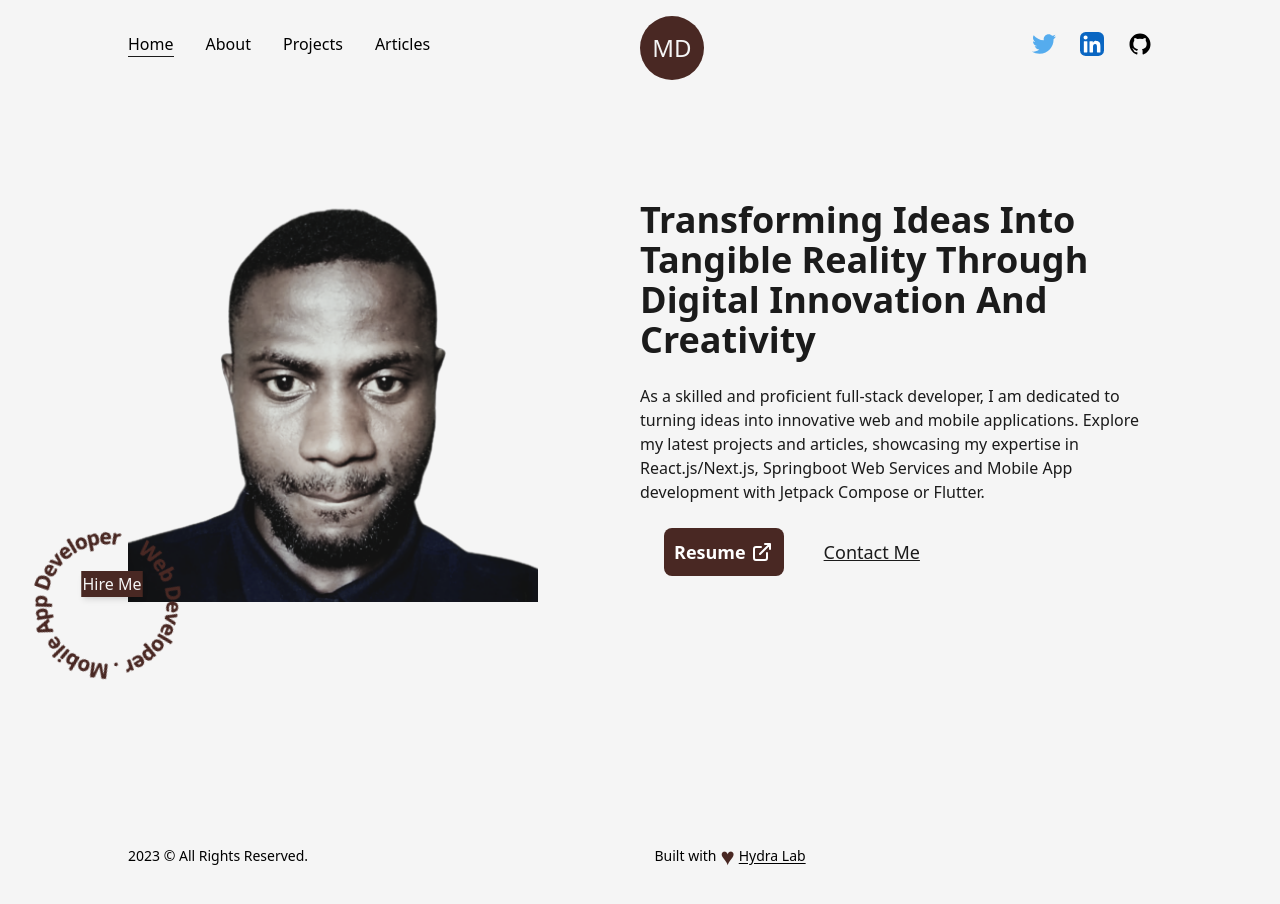
Repository: marcusdashe/situs
Page: /
The author's editor kept a copy of each file at every save. The page is drawn from the files as they stood at one save, then again after the next save.
The browser window is 1280 px wide. The pictures show the whole page.
The project was rebuilt for these pictures with package versions that can differ from the ones it lists, and the page was loaded fresh each time. The framework's server and built-in components were replaced by stand-ins that run in the browser.

Above is the page before, as saved 2023-06-16 18:24:28.

After the next save:
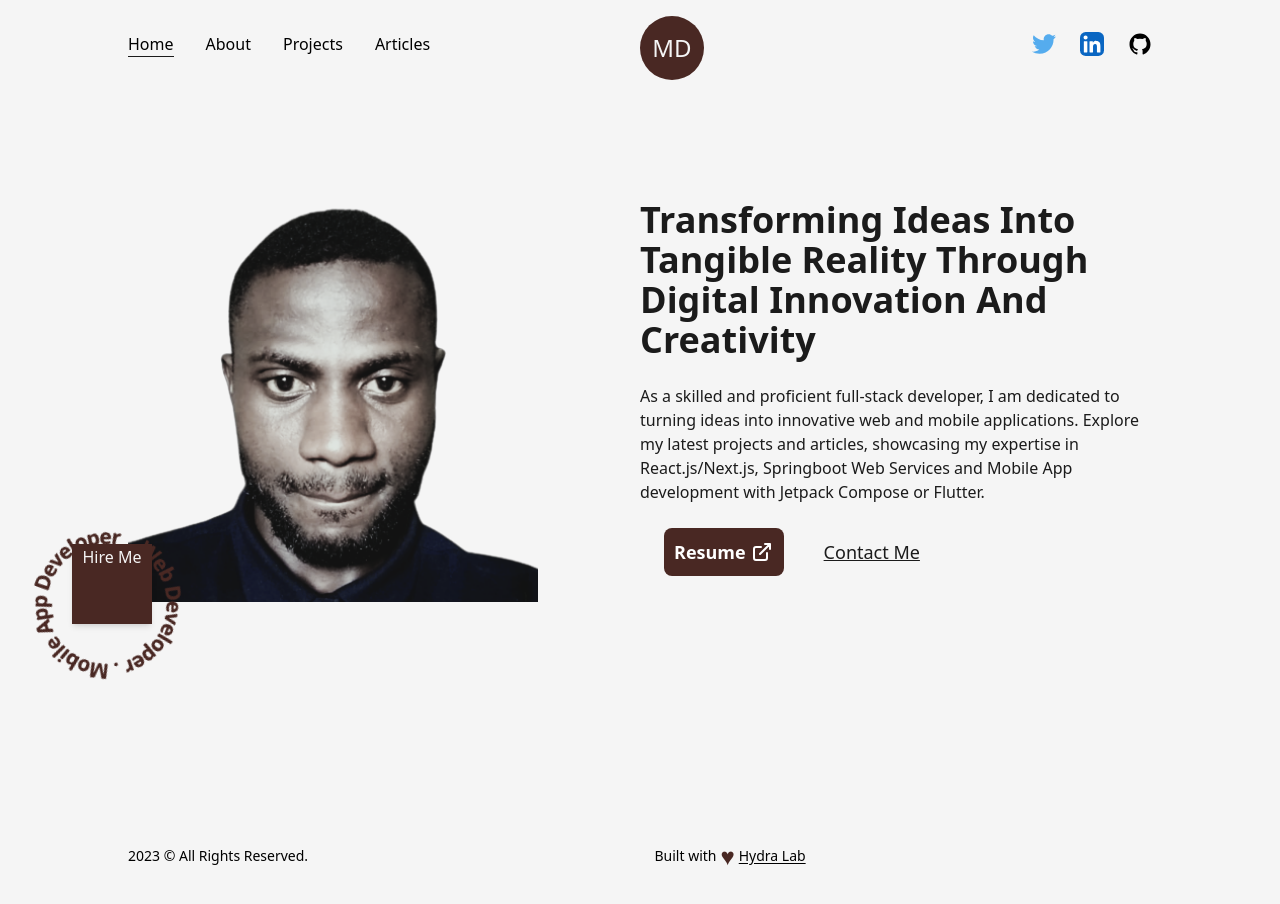
Saved 4 min 2 s later.
--- a/src/components/HireMe.jsx
+++ b/src/components/HireMe.jsx
@@ -10,7 +10,7 @@ const HireMe = () => {
 
         <Link
           href="mailto:marcusdashe.developer@gmail.com"
-          className="flex item-center justify-center absolute left-1/2 top-1/2 -translate-x-1/2 -translate-y-1/2 bg-primaryDark text-light shadow-md border border-solid border-primaryDark"
+          className="flex item-center justify-center absolute left-1/2 top-1/2 -translate-x-1/2 -translate-y-1/2 bg-primaryDark text-light shadow-md border border-solid border-primaryDark w-20 h-20"
         >
           Hire Me
         </Link>
